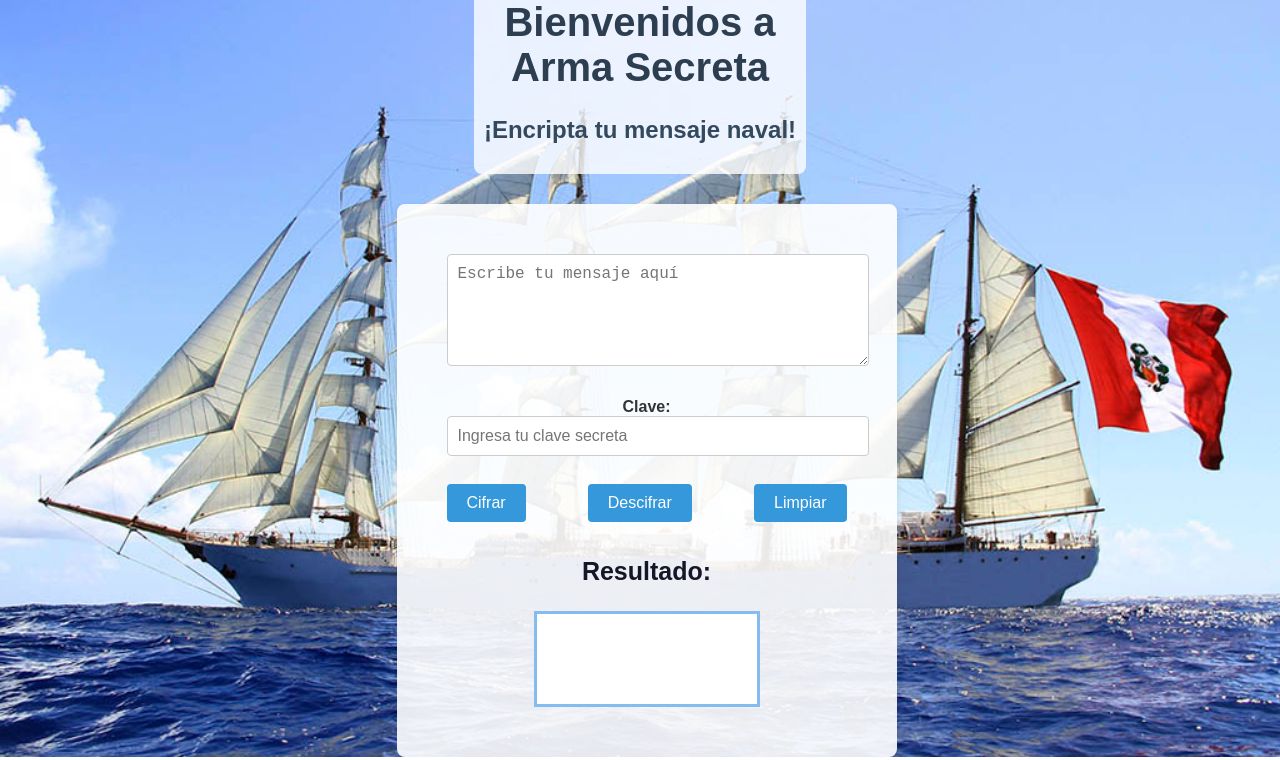
Repository: SusanaCahuantico/LIM009-Cipher
Page: src/index.html
An editor plug-in stored every save of this project. The page is shown before and after the next save, followed by the edit.
The browser window is 1280 px wide. The pictures show the whole page.

Above is the page before, as saved 2025-03-05 12:23:15.

After the next save:
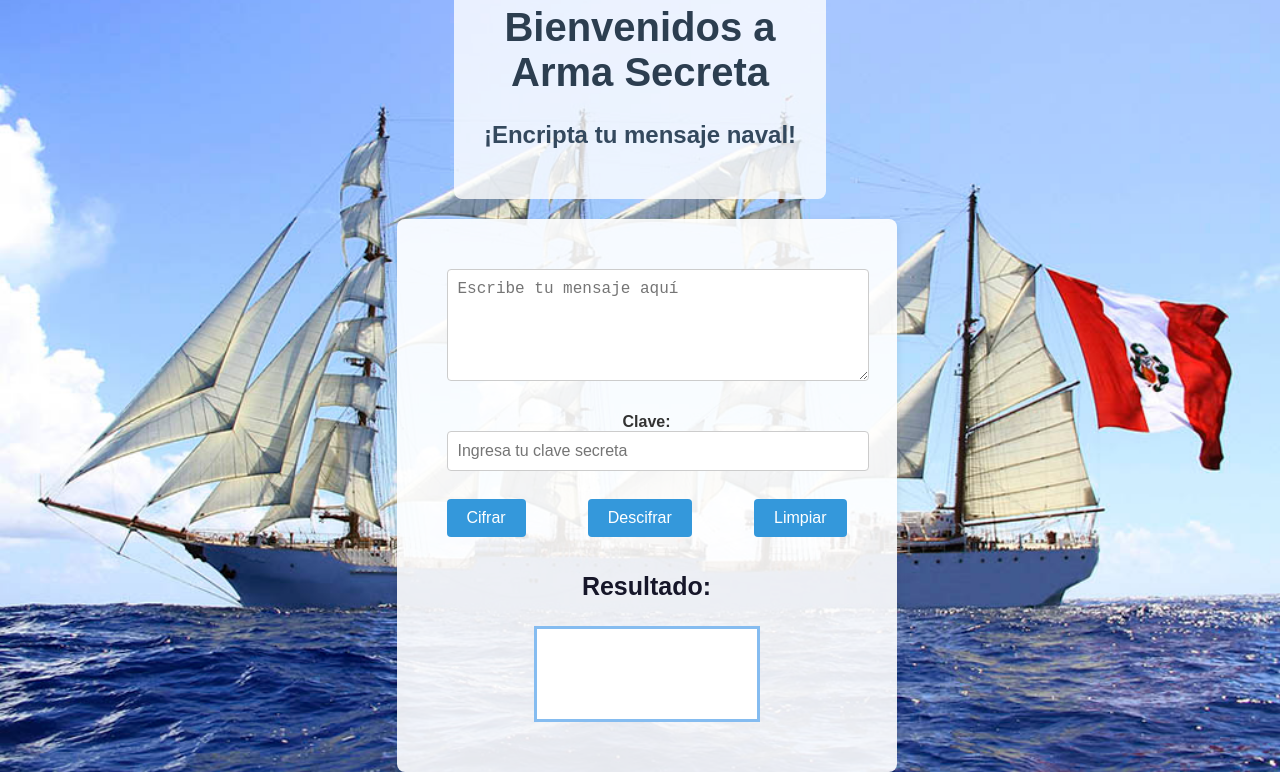
Saved 8 s later.
--- a/src/style.css
+++ b/src/style.css
@@ -16,9 +16,9 @@ body {
 
 header {
     text-align: center;
-    margin-bottom: 30px;
+    margin-bottom: 20px;
     background-color: rgba(255, 255, 255, 0.8);
-    padding: 10px;
+    padding: 30px;
     border-radius: 8px;
 }
 
